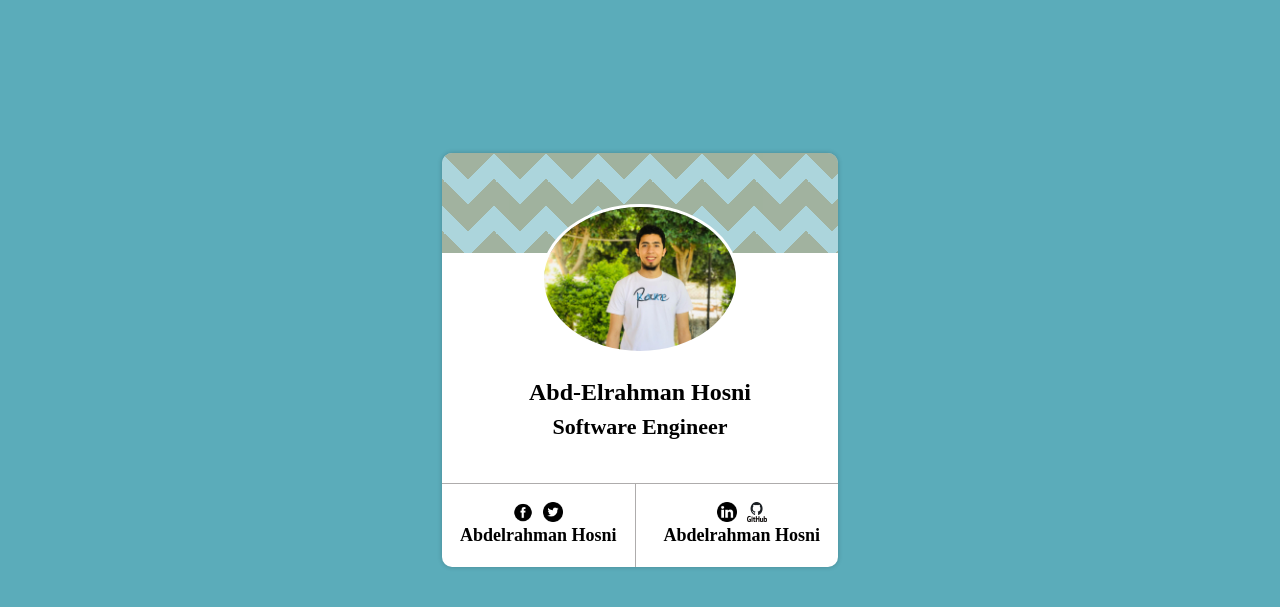
Repository: Abdo-Hosni123/Html-and-css-projects
Page: index.html
These files come from the project's save history. The page is drawn as it stood at one moment and after the next save; the edit follows.
The browser window is 1280 px wide. The pictures show the whole page.

Above is the page before, as saved 2023-12-06 01:05:20.

### index.html
<!doctype html>
<html lang="en">
  <head>
    <meta charset="UTF-8" />
    <meta name="viewport" content="width=device-width, initial-scale=1.0" />
    <title>Abd-Elrahman Honsi's profile component</title>
    <link rel="stylesheet" href="Style.css" />
  </head>
  <body>
    <div class="container">
      <article class="card">
        <div class="top"></div>
        <div class="middle">
          <img
            src="./assets/mypicture.jpg"
            alt="picture of Abdelrahman Hosni"
            class="card-img"
          />
          <h1 class="middle-title">Abd-Elrahman Hosni</h1>
          <h2 class="middle-des">Software Engineer</h2>
        </div>

            <div class="bottom">
                <div class="colum">
                    <div class="icons">
                        <a href="your_facebook_link_here">
                            <img class="icon" src="/assets/facebook.png" alt="picture of facebook" />
                        </a>
                        <a href="your_twitter_link_here">
                            <img class="icon" src="/assets/twitter.png" alt="picture of twitter" />
                        </a>
                    </div>
                    <h3 class="username">Abdelrahman Hosni</h3>
                </div>
                <div class="colum">
                    <div class="icons">
                        <a href="your_linkedin_link_here">
                            <img class="icon" src="/assets/linkedin.png" alt="picture of linkedin " />
                        </a>
                        <a href="your_github_link_here">
                            <img class="icon" src="/assets/github_PNG20-1.png" alt="picture of github " />
                        </a>
                    </div>
                    <h3 class="username">Abdelrahman Hosni</h3>
                </div>
            </div>
        </article>
    </div>
</body>
</html>

      </article>
    </div>
  </body>
</html>

### Style.css
*,
*::before,
*::after {
  box-sizing: border-box;
}
* {
  margin: 0;
}
body {
  line-height: 1.5;
  -webkit-font-smoothing: antialiased;
}

img,
picture,
video,
canvas,
svg {
  display: block;
  max-width: 100%;
}

input,
button,
textarea,
select {
  font: inherit;
}

p,
h1,
h2,
h3,
h4,
h5,
h6 {
  overflow-wrap: break-word;
}

#root,
#__next {
  isolation: isolate;
}
.container {
  display: flex;
  align-items: center;
  justify-content: center;
  min-height: 100vh;
  background-color: #5bacba;
}
.card {
  display: flex;
  flex-direction: column;
  min-width: 350px;
  border-radius: 10px;
  overflow: hidden;
  background-color: white;
  box-shadow: 0 0 5px rgb(0, 0, 0, 0.2);
}
.top {
  height: 100px;
  background-color: #e5e5f7;
  opacity: 0.8;
  background-color: #5bacba;
  opacity: 0.5;
  background-image: linear-gradient(135deg, #446740 25%, transparent 25%),
    linear-gradient(225deg, #446740 25%, transparent 25%),
    linear-gradient(45deg, #446740 25%, transparent 25%),
    linear-gradient(315deg, #446740 25%, #5bacba 25%);
  background-position:
    26px 0,
    26px 0,
    0 0,
    0 0;
  background-size: 52px 52px;
  background-repeat: repeat;
  z-index: 1;
}
.middle {
  display: flex;
  flex-direction: column;
  justify-content: center;
  align-items: center;

  height: 200px;
}

.card-img {
  margin-top: -60px;
  border-radius: 50%;
  border: 3px solid white;
  height: 150px;
  z-index: 2;
  margin-bottom: 20px;
}
.middle-des {
  font-size: 22px;
}
.bottom {
  display: flex;
  gap: 10px;
  margin-top: 30px;
  border-top: 1px solid rgb(174, 172, 172);
  flex: 1;
}
.colum {
  padding: 18px;
  flex: 1;
}
.colum:nth-child(1) {
  border-right: 1px solid rgb(174, 172, 172);
}
.icons {
  display: flex;
  align-items: center;
  justify-content: center;
  gap: 10px;
}
.icon {
  height: 20px;
  width: 20px;
}
.username {
  font-size: 18px;
}

After the next save:
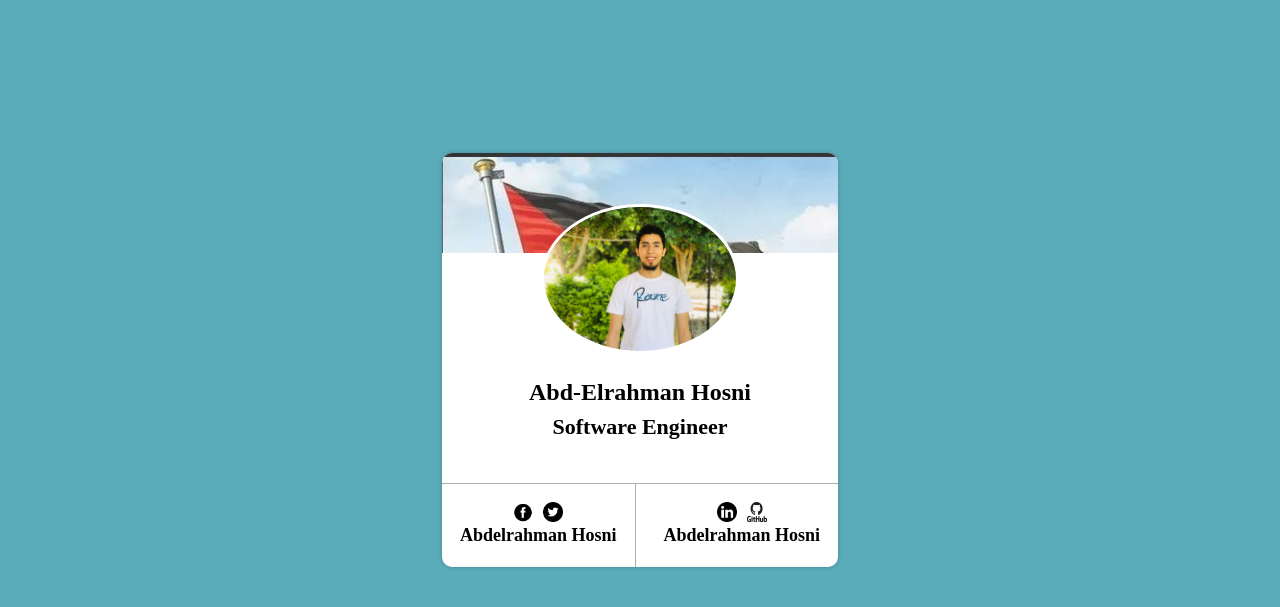
Saved 4 min 37 s later.
--- a/Style.css
+++ b/Style.css
@@ -61,7 +61,8 @@ h6 {
   height: 100px;
   background-color: #e5e5f7;
   opacity: 0.8;
-  background-color: #5bacba;
+  background-image: url(/assets/palestine.jpg);
+  /* background-color: #5bacba;
   opacity: 0.5;
   background-image: linear-gradient(135deg, #446740 25%, transparent 25%),
     linear-gradient(225deg, #446740 25%, transparent 25%),
@@ -73,7 +74,7 @@ h6 {
     0 0,
     0 0;
   background-size: 52px 52px;
-  background-repeat: repeat;
+  background-repeat: repeat; */
   z-index: 1;
 }
 .middle {
